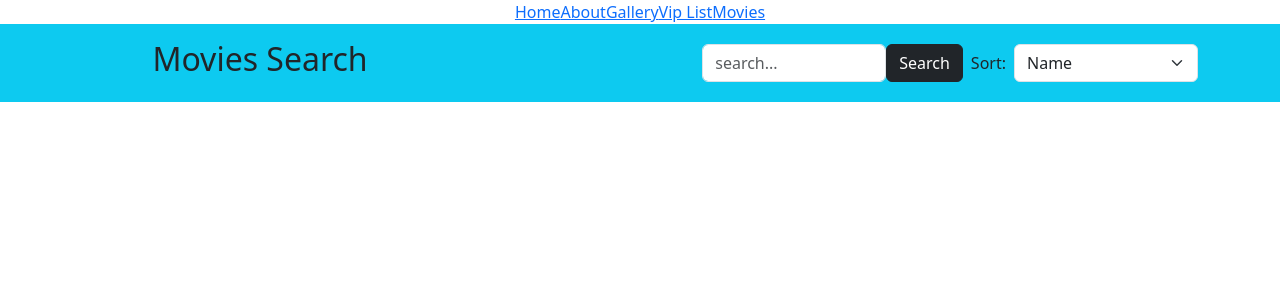
Repository: saargold/reactTest
Page: /movies
These files come from the project's save history. The page is drawn as it stood at one moment and after the next save; the edit follows.
The browser window is 1280 px wide. The pictures show the whole page.
The page's requests for data from a server got no answer. The project was rebuilt for these pictures with package versions that can differ from the ones it lists, and the page was loaded fresh each time. A package was used in the major version that the imports need, not the one package.json lists. No one was signed in, and anything a server would have sent is missing. Also part of the build but not shown: src/App.css, src/api/Apicomp.js, src/components/MovieList.js, src/components/MovieInfo.js, src/components/Gallery.js, src/components/About.js, src/components/Home.js, src/data/Vip.js and 2 more.

Above is the page before, as saved 2022-09-07 14:53:48.

### src/App.js
import logo from './logo.svg';
import './App.css';
import Apicomp from './api/Apicomp';
import AppMovies from './components/AppMovies';
import {BrowserRouter as Router ,Switch,Route,Link} from 'react-router-dom'
import Gallery from './components/Gallery';
import About from './components/About';
import Home from './components/Home';
import VipList from './components/VipList';
import VipInfo from './components/VipInfo';
import { MovieInfo } from './components/MovieInfo';
import { MovieList } from './components/MovieList';
function App() {
  return (
    <Router>
    <div className="App text-center">
    <header>
      <Link to='/'>Home</Link>
      <Link to='/about'>About</Link>
      <Link to='/gallery'>Gallery</Link>
      <Link to='/vip'>Vip List</Link>
      <Link to='/movies'>Movies</Link>

    </header>
    <Switch>
    <Route exact path="/" component={Home}></Route>
    <Route exact path="/about" component={About}></Route>
    <Route exact path="/gallery" component={Gallery}></Route>
    <Route exact path="/vip" component={VipList}></Route>
    <Route exact path="/vip/:id" component={VipInfo}></Route>
    <Route exact path="/movies" component={AppMovies}></Route>
    <Route exact path="/movies" component={MovieList}></Route>

    </Switch>
    {/* <Apicomp/> */}
    {/* <AppMovies/> */}
    </div>
    </Router>
  );
}

export default App;

### src/components/AppMovies.js
import React, { useEffect,useState } from 'react'
import { MoviesInput } from '../input/MoviesInput'
import { MovieList } from './MovieList'
import axios from 'axios';
import {sortBy} from 'lodash'
import {BrowserRouter as Router ,Switch,Route,Link} from 'react-router-dom'
import { MovieInfo } from './MovieInfo';

function AppMovies() {
    let [ar,setAr] = useState([]);
    let [search,setSearch]=useState("white");
    let [sortSelect,setSortSelect]=useState("Title");

    useEffect(()=>{
    doSearchApi()
    },[search])

    const sortMovies = (_sort) =>{
      let temp_ar = sortBy(ar,_sort);
      setAr(temp_ar);
      setSortSelect(_sort);
    }
    const doSearchApi = async()=>{
        let url= `https://www.omdbapi.com/?s=${search}&apikey=dba4daf7`;
        // let response = await fetch(url);
        // let data = await response.json();
        let response = await axios.get(url);
        console.log(response.data);
        let temp_ar=sortBy(response.data.Search,sortSelect)
        setAr(temp_ar);
    }
  return (
    <Router>
      <MoviesInput setSearch={setSearch} sortMovies={sortMovies} />

    <Switch>
    <Route exact path="/movies" render={() =>{
      <div>
      <MovieList movies_ar={ar}/>
      </div>
    }}/>
      <Route exact path="/info:id" component={MovieInfo}/>

      </Switch>

    </Router>

  )
}

export default AppMovies

### src/input/MoviesInput.js
import React, { useRef } from 'react'

export const MoviesInput = (props) => {
    let inputRef = useRef();
    let sortRef=useRef();
  return (
    <div className='container-fluid bg-info p-3'>
    <div className='container'>
    <div className="row">
        <div className='col-lg-4'>
            <h2>Movies Search</h2>
        </div>
        <div className='col-lg-8 d-flex align-items-center justify-content-end'>
            <input ref={inputRef} placeholder='search...' type="search" className='form-control w-25'/>
            <button onClick={() =>{
                props.setSearch(inputRef.current.value);
            }} className='btn btn-dark'>Search</button>
            <div className='mx-2'>Sort:</div>
            <select onChange={() =>{
                props.sortMovies(sortRef.current.value)
            }} ref={sortRef} className='form-select w-25'>
                <option value="Title" >Name</option>
                <option  value="Year">Year</option>
            </select>
        </div>
    </div>

    </div>


    </div>
  )
}

Loaded but not shown: public/index.html (common file); src/index.js (common file); src/index.css (common file); src/reportWebVitals.js (common file)

After the next save:
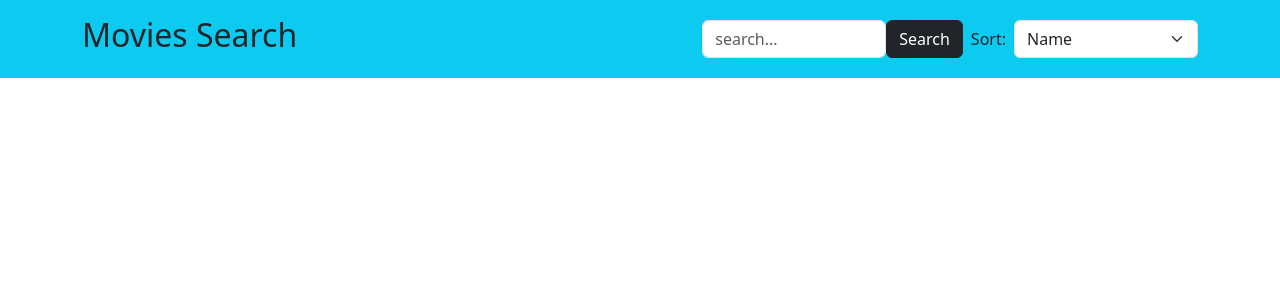
Saved 38 s later.
--- a/src/App.js
+++ b/src/App.js
@@ -12,30 +12,33 @@ import { MovieInfo } from './components/MovieInfo';
 import { MovieList } from './components/MovieList';
 function App() {
   return (
-    <Router>
-    <div className="App text-center">
-    <header>
-      <Link to='/'>Home</Link>
-      <Link to='/about'>About</Link>
-      <Link to='/gallery'>Gallery</Link>
-      <Link to='/vip'>Vip List</Link>
-      <Link to='/movies'>Movies</Link>
+    // <Router>
+    // <div className="App text-center">
+    // <header>
+    //   <Link to='/'>Home</Link>
+    //   <Link to='/about'>About</Link>
+    //   <Link to='/gallery'>Gallery</Link>
+    //   <Link to='/vip'>Vip List</Link>
+    //   <Link to='/movies'>Movies</Link>
 
-    </header>
-    <Switch>
-    <Route exact path="/" component={Home}></Route>
-    <Route exact path="/about" component={About}></Route>
-    <Route exact path="/gallery" component={Gallery}></Route>
-    <Route exact path="/vip" component={VipList}></Route>
-    <Route exact path="/vip/:id" component={VipInfo}></Route>
-    <Route exact path="/movies" component={AppMovies}></Route>
-    <Route exact path="/movies" component={MovieList}></Route>
+    // </header>
+    // <Switch>
+    // <Route exact path="/" component={Home}></Route>
+    // <Route exact path="/about" component={About}></Route>
+    // <Route exact path="/gallery" component={Gallery}></Route>
+    // <Route exact path="/vip" component={VipList}></Route>
+    // <Route exact path="/vip/:id" component={VipInfo}></Route>
+    // <Route exact path="/movies" component={AppMovies}></Route>
+    // <Route exact path="/movies" component={MovieList}></Route>
 
-    </Switch>
-    {/* <Apicomp/> */}
-    {/* <AppMovies/> */}
+    // </Switch>
+    // {/* <Apicomp/> */}
+    // {/* <AppMovies/> */}
+    // </div>
+    // </Router>
+    <div>
+      <AppMovies/>
     </div>
-    </Router>
   );
 }
 
